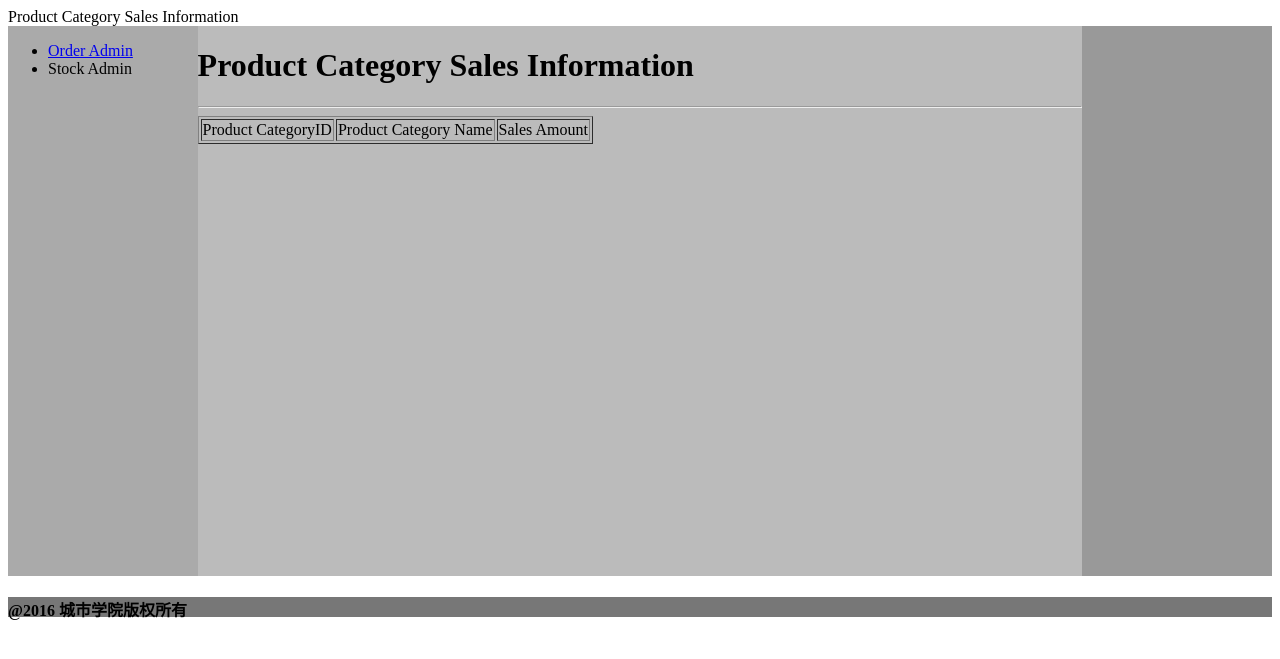
Repository: flowerthorn/javaee-test
Page: http://localhost/sapweb/productcategory/salesmain.jsp
The author's editor kept a copy of each file at every save. The page is drawn from the files as they stood at one save, then again after the next save.
The browser window is 1280 px wide. The pictures show the whole page.
The page is served by Tomcat 9.

Above is the page before, as saved 2016-12-05 06:31:57.

After the next save:
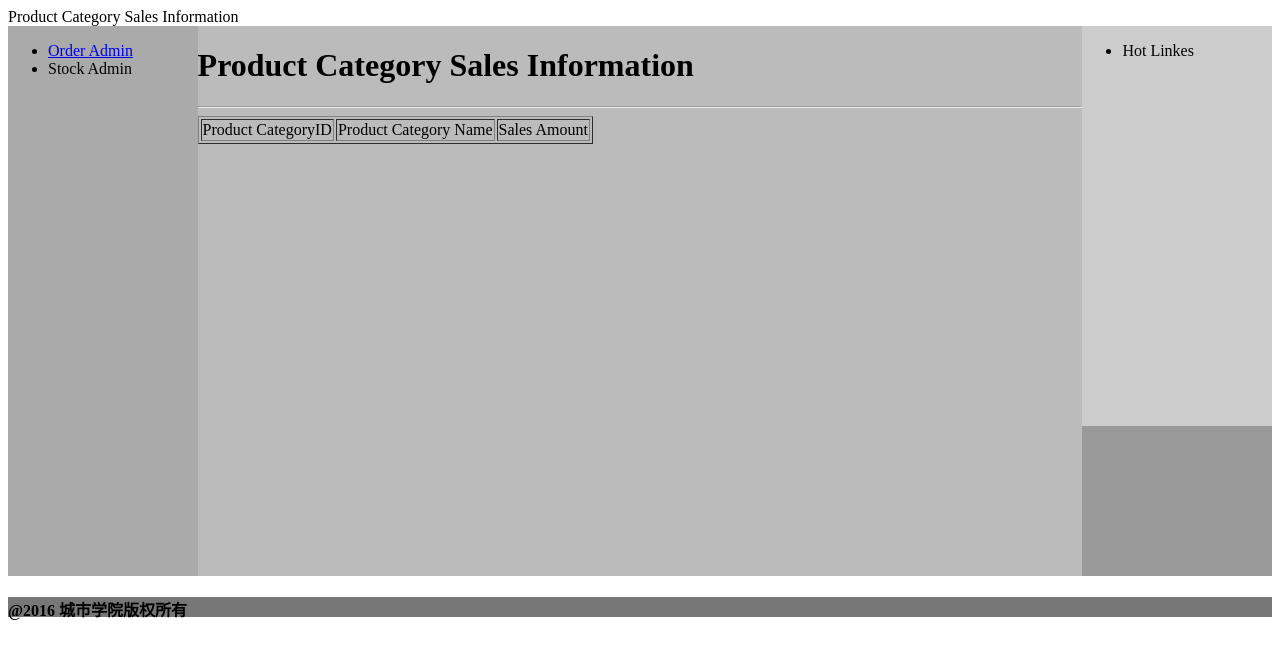
Saved 2 min 9 s later.
--- a/12_ JSTL I18N标记编程/12.05/sapweb/WebContent/productcategory/salesmain.jsp
+++ b/12_ JSTL I18N标记编程/12.05/sapweb/WebContent/productcategory/salesmain.jsp
@@ -19,7 +19,6 @@
       <%@ include file="../include/left.jsp" %>
 	</div>
 	<div id="main">
-
 		 <h1><fmt:message key="productcategory.salesmain.h1"></fmt:message></h1><hr/>
 		<table border="1">
 		   <tr>
@@ -28,6 +27,9 @@
                <td><fmt:message key="productcategory.salesmain.three"></fmt:message></td>
         </table>
 	</div>
+	<div id="right">
+	<%@ include file="../include/right.jsp" %>
+	</div>
 </div>
 <div id="footer">
 <%@ include file="../include/footer.jsp" %>
